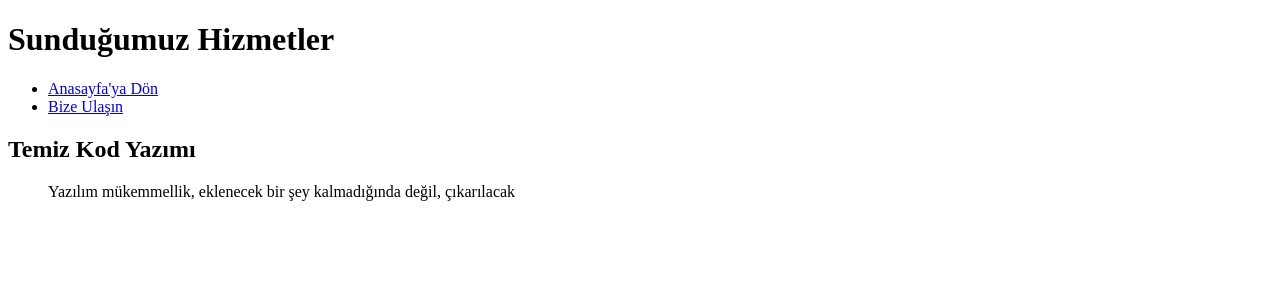
Repository: BeritanBlgn/web-yazilim-muhendisligi
Page: Modul_1/Ders_6/1.6.5_hizmetler.html
An editor plug-in stored every save of this project. The page is shown before and after a run of saves, followed by the edit.
The browser window is 1280 px wide. The pictures show the whole page.

Above is the page before, as saved 2026-10-21 01:23:32.

After the next 2 saves:
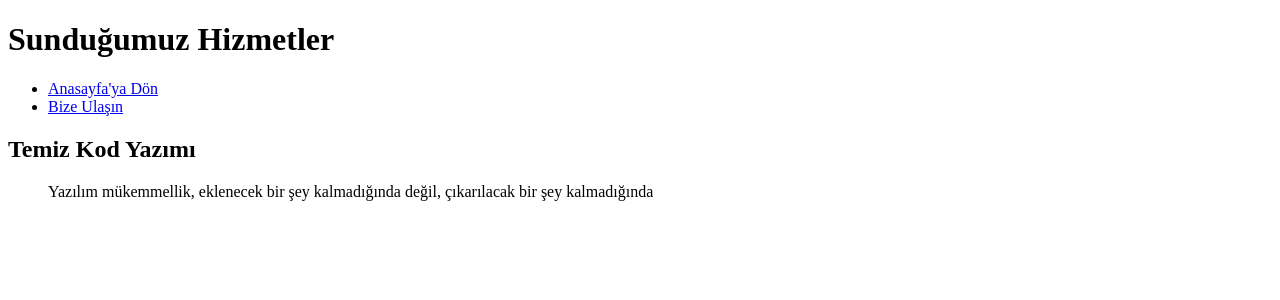
The 2 saves are shown as one change because they came seconds apart.
The last was saved 7 s later.
--- a/Modul_1/Ders_6/1.6.5_hizmetler.html
+++ b/Modul_1/Ders_6/1.6.5_hizmetler.html
@@ -18,7 +18,7 @@
         Temiz Kod Yazımı
     </h2>
     <blockquote>
-        Yazılım mükemmellik, eklenecek bir şey kalmadığında değil, çıkarılacak
+        Yazılım mükemmellik, eklenecek bir şey kalmadığında değil, çıkarılacak bir şey kalmadığında
     </blockquote>
 </body>
 </html>
